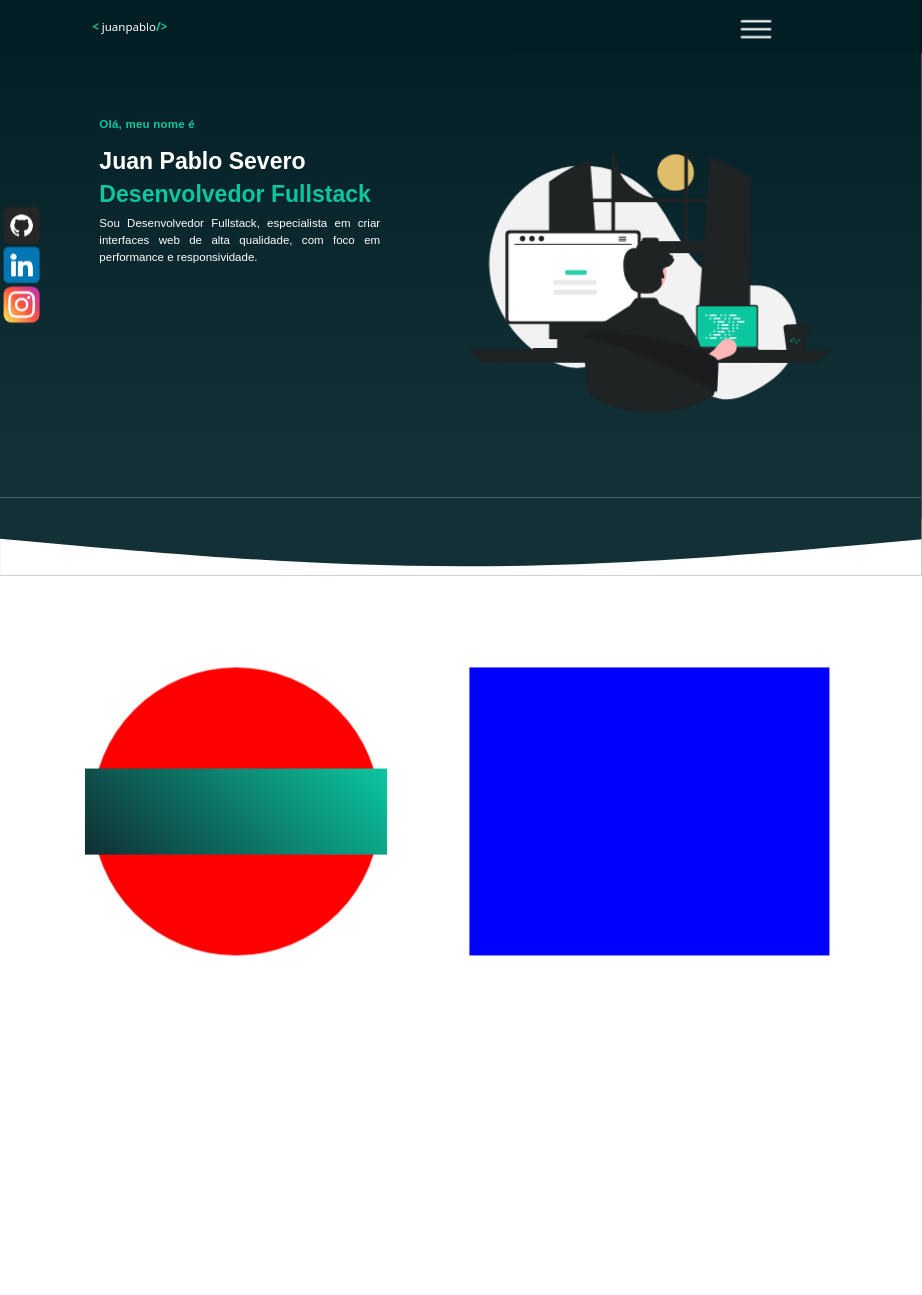
Repository: JuanPabloDS/portifolio
Page: http://localhost/
The author's editor kept a copy of each file at every save. The page is drawn from the files as they stood at one save, then again after the next save.
The browser window is 1280 px wide. The pictures show the whole page, at 72% of full size.
The page is served by the project's application, run on Django 4.2 (manage.py). Other server files are loaded and not shown.

Above is the page before, as saved 2023-03-23 16:09:45.

### core/templates/index.html
{% extends 'base.html' %}

{% block content %}

{% include 'apresentacao.html' %}

{% include 'perfil.html' %}

{% include 'portifolio.html' %}

{% include 'footer.html' %}

{% endblock %}

### core/templates/base.html
{% load static %}
<!DOCTYPE html>
<html lang="pt-br">
    <head>
        <!-- Required meta tags -->
        <meta charset="UTF-8">
        <meta http-equiv="X-UA-Compatible" content="IE=edge">
        <meta name="viewport" content="width=device-width, initial-scale=1.0">
        <title>Portifólio</title>
        <!-- Bootstrap CSS -->
        <link rel="stylesheet" href="{% static 'css/bootstrap.min.css' %}">
        <link rel="stylesheet" href="{% static 'css/style.css' %}">
        <link rel="stylesheet" href="{% static 'fonts/Poppins-Light.ttf' %}">

    </head>
    <body>
        <div class="pos-f-t">
          <header>
            <nav>
              <span class="span"><span class="span-cor">< </span>juanpablo<span class="span-cor">/></span></span>
              <ul class="nav-list">
                <div class="mobile-menu-ex">
                </div>
                <li><a href="#">Início</a></li>
                <li><a href="#">Sobre</a></li>
                <li><a href="#">Projetos</a></li>
                <li><a href="#">Contato</a></li>
              </ul>
            </nav>
          </header>
        </div>
        <div class="menu-icon">
            <div class="mobile-menu">
              <div class="line1"></div>
              <div class="line2"></div>
              <div class="line3"></div>
            </div>
          </div>
          <div class="page">


{% block content %}
{% endblock %}

### core/templates/perfil.html
{% load static %}
<div class="perfil">
    <div class="foto">
        <!-- <img src="{% static '/img/perfil/perfil.jpeg' %}" alt=""> -->

    </div>
    <div class="sobre">

    </div>

</div>

### core/templates/footer.html
{% load static %}
</div>
<!-- jQuery first, then Tether, then Bootstrap JS. -->
<script src="{% static 'js/script.js' %}"></script>
<script src="{% static 'js/jquery.js' %}"></script>
<script src="{% static 'js/bootstrap.js' %}" ></script>
<script src="{% static 'js/bootstrap.min.js' %}" ></script>
<script src="{% static 'js/bootstrap.bundle.js' %}" ></script>
<script src="{% static 'js/bootstrap.bundle.min.js' %}" ></script>
</body>
</html>

### core/views.py
from django.views.generic import TemplateView

class IndexView(TemplateView):
    template_name: str = 'index.html'

### portifolio/urls.py
"""portifolio URL Configuration

The `urlpatterns` list routes URLs to views. For more information please see:
    https://docs.djangoproject.com/en/4.1/topics/http/urls/
Examples:
Function views
    1. Add an import:  from my_app import views
    2. Add a URL to urlpatterns:  path('', views.home, name='home')
Class-based views
    1. Add an import:  from other_app.views import Home
    2. Add a URL to urlpatterns:  path('', Home.as_view(), name='home')
Including another URLconf
    1. Import the include() function: from django.urls import include, path
    2. Add a URL to urlpatterns:  path('blog/', include('blog.urls'))
"""
from django.contrib import admin
from django.urls import path, include

from django.conf.urls.static import static
from django.conf import settings

urlpatterns = [
    path('admin/', admin.site.urls),
    path('', include('core.urls')),
] + static(settings.MEDIA_URL, document_root=settings.MEDIA_ROOT)

### core/urls.py
from django.urls import path
from .views import IndexView

urlpatterns = [
    path('', IndexView.as_view(), name='index')
]

### core/static/css/style.css
/*! body */


body{
  margin: auto;
  height: 100%;
  font-family: 'Poppins', sans-serif;
}


* {
scrollbar-color: #454a4d #202324;
}

.hidden {
overflow: hidden;
}

main{
  margin: auto;
  width: 80%;
}

.page {
  margin: auto;
  width: 100%;
  padding-left: 10%;
  padding-right: 10%;
  background: -webkit-linear-gradient(270deg, #011e24, #133036 90%);

}


@media screen and (max-width: 600px) {
  body{
      width: 100%;
      margin: auto;
  }

}

/*! Menu */

a {
color: #fff;
text-decoration: none;
transition: 0.3s;
}

a:hover {
opacity: 0.7;
}

nav {
display: flex;
align-items: center;
font-family: system-ui, -apple-system, Helvetica, Arial, sans-serif;
background: #011e24;
height: 73px;
position: fixed;
width: 100%;
}


main {
background: url("bg.jpg") no-repeat center center;
background-size: cover;
height: 92vh;
float: right;
}

.nav-list {
list-style: none;
display: flex;
position: fixed;
z-index:9;
top: 0;
width: 100vw;
height: 100%;
background: #15081f;
flex-direction: column;
align-items: center;
justify-content: space-around;
transform: translateX(100%);
transition: transform 0.3s ease-in;
}

.span {
color: white;

margin-left: 10%;
}

.span-cor{
color: #0bc7a0;
font-weight: bold;
}

.nav-list li {
letter-spacing: 3px;
margin-left: 0;
opacity: 0;
}

.mobile-menu {
display: block;
cursor: pointer;
width: 80%;
margin:auto;
}

.mobile-menu div {
width: 42px;
height: 3px;
background: #fff;
margin: 8px;
margin-left: auto;
transition: 0.3s;
}

.mobile-menu.active .line1 {
transform: rotate(-45deg) translate(-9px, 10px);
}

.mobile-menu.active .line2 {
opacity: 0;
}

.mobile-menu.active .line3 {
transform: rotate(45deg) translate(-5px, -7px);
}

.nav-list.active {
transform: translateX(0);
}

.mobile-menu-ex {
display: block;
cursor: pointer;
}


@keyframes navLinkFade {
from {
  opacity: 0;
  transform: translateX(50px);
}
to {
  opacity: 1;
  transform: translateX(0);
}
}

.menu-icon {
position: fixed;
z-index:10;
top:0;
margin-top: 20px;
left: 80%;
}

@media screen and (max-width: 800px) {

.mobile-menu div {
  background: #fff;
  margin: 4px;
  transition: 0.3s;
  width: 25px;
  }
.span{
  font-size: 0.8rem;
}
.mobile-menu.active .line1 {
  transform: rotate(-45deg) translate(-4px, 2px);
}

.mobile-menu.active .line3 {
  transform: rotate(45deg) translate(-8px, -6px);
}

.nav-list a {
  font-size: 10px;
}


}


/*! Fim Menu inicial */

/*! Apresentacao */

.apresentacao{
  display: flex;
  flex-direction: row ;
  flex-wrap: wrap;
  background-color: black;
}

.imagem{
display: flex;
flex-direction: row ;
flex-wrap: wrap;
flex-flow: row wrap;
justify-content: flex-end;
margin-top: 0px;
margin-bottom: 50px;
align-items: end;
width: auto;
height: auto;
}

.imagem img {

  width: 400px;
  height: 400px;
  float: right;
  -webkit-filter: drop-shadow(15px 10px 5px rgba(0,0,0,.5));
  filter: drop-shadow(15px 10px 5px rgba(0,0,0,.5));
}

.svg {
background-color: #133036;
}

.apresentacao-img {
width: 150px;
height: 150px;
border-radius: 100%;
}

.apresentacao-img:hover {
-webkit-transform: scale(2.3);
-ms-transform: scale(2.3);
transform: scale(1.3);
}



.apresentacao-div{
margin-left: 15px;
margin-top: 20px;
}
.apresentacao-p{
width: 400px;
margin-top: 20px;
font-size: 16px;
color: white;
text-align: justify;
padding-left: 10px;
}
.apresentacao-p p {
margin-bottom: 20px;
}
.apresentacao-p h2 {
font-weight: 600;
}

.h2 {
color: #0bc7a0;
}

.show{
display: flex;
flex-flow: row wrap;
justify-content: space-between;
margin-top: 11vw;
width: 100%;
}

.nome {
color: #0bc7a0;
font-weight: 600;
font-size: inherit;
letter-spacing: 0.02rem;
}

.borda{
display: flex;
flex-direction: row ;
flex-wrap: wrap;
}

.borda h1 {
  font-weight: bold;
  color: white;
  font-size: 60px;
  letter-spacing: 5px;
  text-shadow: rgb(114, 106, 106) 0.05em 0.05em 0.1em;

}

.borda h3 {
font-weight: bold;
color: white;
font-size: 17px;
letter-spacing: 5px;
padding-bottom: 15px;
text-shadow: rgb(114, 106, 106) 0.05em 0.05em 0.1em;


}
.icons{
position: fixed;
padding-left: 5px;
bottom: 0;
left: 0;
width: 50px;
top: 40%;
}

.icons img{
width: 50px;
height: 50px;
margin-bottom: 5px;
}

/* SVG */

#change {
animation: change 6s infinite;
transform-origin: center;
}

@keyframes change {
0% {
  transform: rotateZ(0deg);

}
30% {
  transform: rotateZ(100deg);

}
40%, 50% {
  opacity: 0;
}
90%, 100% {
  transform: rotateZ(360deg);
}
}

#code1 {
animation: code 3s ease infinite;
}

@keyframes code {
20%, 100% {
  opacity: 0;
}
0% {
  width: 0;
  opacity: 1;
}
100%{
  width: 100;
  opacity: 1;
}
}

#code2 {
animation: code2 3s infinite ease-in-out;
}

@keyframes code2 {

0% {
  width: 0px;
}
100%{
  width: 200;
  opacity: 1;
}
}
/* Fim SVG */

@media screen and (max-width: 800px) {
.borda {
  display: flex;
  flex-direction: column;
  flex-wrap: inherit;
  width: 135%;
}
.borda h1 {
  letter-spacing: 0.6vw;
  font-size: 7vw;
}
.borda h3 {

  font-size: 4vw;
  letter-spacing: 0.6vw;
}
.borda p {
  margin-top: 1vw;
  font-size: 2vw;
}
.imagem img {
  margin-top: 3vw;
  width: 50vw;
  height: 50vw;
}
.icons{
  width: 30px;
}
.icons img {
  width: 30px;
  height: 30px;
}
.apresentacao-p {
  font-size: 12px;
  margin-top: 100px;
}
.apresentacao-p h2 {
  font-size: 1.5rem;
}
.imagem svg {
  width:400px;
  height:400px;
}



}
#elementEl::after {
content: '|';
margin-left: 5px;
animation: blink 0.7s infinite;

}

@keyframes blink {
0% {
  opacity: 1;
}
100% {
  opacity: 0;
}
}

/*! Fim Apresentação */

/*! perfil */


.perfil {
  height: 1000px;
  width: 100%;
  display: flex;
  flex-direction: row ;
  flex-wrap: wrap;
  flex-flow: row wrap;
  justify-content: space-between;
  padding-left: 10%;
  padding-right: 10%;
  padding-top: 10%;

}

.foto {
  width: 400px;
  height: 400px;
  background-color: red;
  position: relative;
  border-radius: 50%;
}

.foto::before{
  content: '';
  position: absolute;
  inset: -10px 140px;
  background: linear-gradient(315deg, #0bc7a0, #102d33 );
  transition: 0.5s;
  animation: animate 4s linear infinite;
}
.foto::hover::before{
  inset: -20px 0px ;
}
@keyframes animate{
  0%{
    transform: rotate(0deg);
  }
  0%{
    transform: rotate(360deg);
  }
}



.foto img {
  width: 400px;
  height: 400px;
}

.sobre {
  width: 500px;
  height: 400px;
  background-color: blue;
}

Loaded but not shown: core/templates/portifolio.html (common file); core/static/css/bootstrap.min.css (library); core/static/js/jquery.js (library); core/static/js/bootstrap.js (library); core/static/js/bootstrap.min.js (library); core/static/js/bootstrap.bundle.js (library); core/static/js/bootstrap.bundle.min.js (library); core/static/js/script.js (58 lines, source omitted); core/templates/apresentacao.html (135 lines, source omitted)

After the next save:
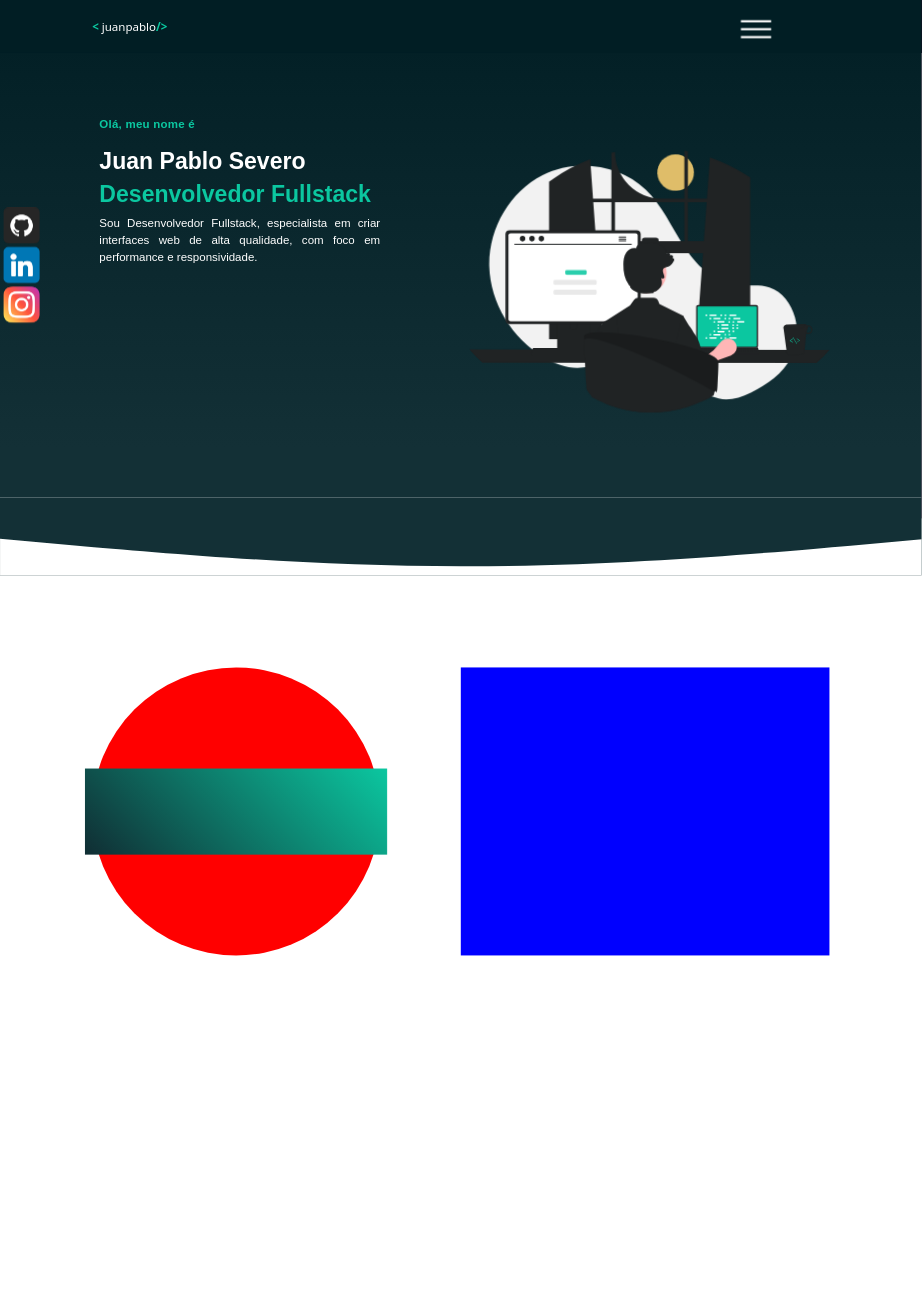
Saved 3 days later.
--- a/core/static/css/style.css
+++ b/core/static/css/style.css
@@ -73,7 +73,7 @@ float: right;
 list-style: none;
 display: flex;
 position: fixed;
-z-index:9;
+z-index: 99;
 top: 0;
 width: 100vw;
 height: 100%;
@@ -461,6 +461,8 @@ animation: blink 0.7s infinite;
   background-color: red;
   position: relative;
   border-radius: 50%;
+  z-index: -1;
+
 }
 
 .foto::before{
@@ -470,6 +472,7 @@ animation: blink 0.7s infinite;
   background: linear-gradient(315deg, #0bc7a0, #102d33 );
   transition: 0.5s;
   animation: animate 4s linear infinite;
+  z-index: -1;
 }
 .foto::hover::before{
   inset: -20px 0px ;
@@ -488,10 +491,11 @@ animation: blink 0.7s infinite;
 .foto img {
   width: 400px;
   height: 400px;
+  border-radius: 50%;
 }
 
 .sobre {
-  width: 500px;
+  width: 50%;
   height: 400px;
   background-color: blue;
 }
